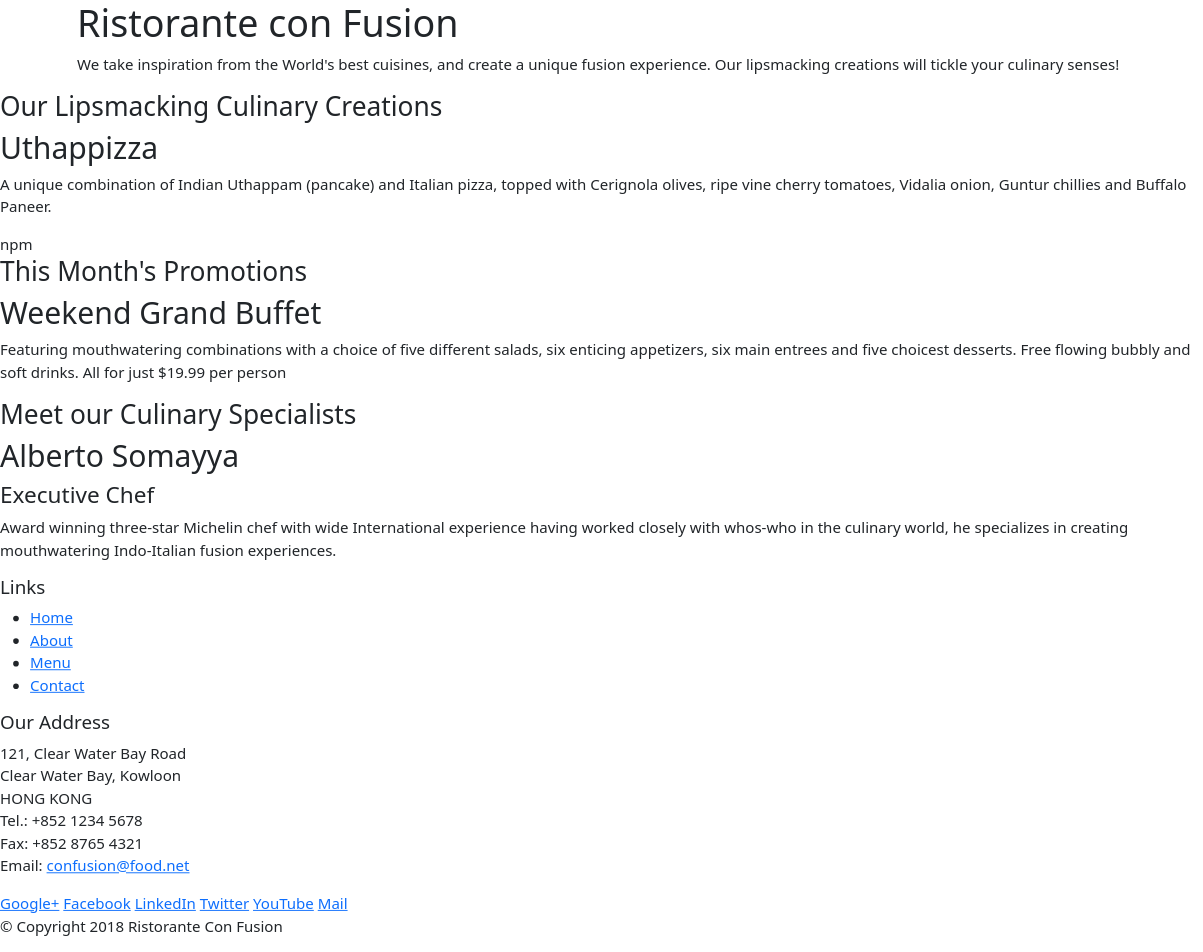
Repository: GiaBaooLe/Reactjs
Page: index.html
The author's editor kept a copy of each file at every save. The page is drawn from the files as they stood at one save, then again after the next save.
The browser window is 1280 px wide. The pictures show the whole page, at 94% of full size.
Some web libraries are served in a nearby version.

Above is the page before, as saved 2023-09-12 13:41:07.

### index.html
<!DOCTYPE html>
<html lang="en">
  <head>

    <!-- Required meta tags always come first -->
    <meta charset="utf-8" />
    <meta
      name="viewport"
      content="width=device-width, initial-scale=1, shrink-to-fit=no"
    />
    <meta http-equiv="x-ua-compatible" content="ie=edge" />
    <!-- Bootstrap CSS -->
    <link
      rel="stylesheet"
      href="node_modules/bootstrap/dist/css/bootstrap.min.css"
    />

    <title>Ristorante Con Fusio</title>
  </head>

  <body>
    <header>
        <div class="container">

      <div>
        <div>
          <div>
            <h1>Ristorante con Fusion</h1>
            <p>
              We take inspiration from the World's best cuisines, and create a
              unique fusion experience. Our lipsmacking creations will tickle
              your culinary senses!
            </p>
          </div>
          <div></div>
        </div>
      </div>
      </div>
    </header>

    <div>
      <div>
        <div>
          <h3>Our Lipsmacking Culinary Creations</h3>
        </div>
        <div>
          <h2>Uthappizza</h2>
          <p>
            A unique combination of Indian Uthappam (pancake) and Italian pizza,
            topped with Cerignola olives, ripe vine cherry tomatoes, Vidalia
            onion, Guntur chillies and Buffalo Paneer.
          </p>
        </div>
      </div>
      npm

      <div>
        <div>
          <h3>This Month's Promotions</h3>
        </div>
        <div>
          <h2>Weekend Grand Buffet</h2>
          <p>
            Featuring mouthwatering combinations with a choice of five different
            salads, six enticing appetizers, six main entrees and five choicest
            desserts. Free flowing bubbly and soft drinks. All for just $19.99
            per person
          </p>
        </div>
      </div>

      <div>
        <div>
          <h3>Meet our Culinary Specialists</h3>
        </div>
        <div>
          <h2>Alberto Somayya</h2>
          <h4>Executive Chef</h4>
          <p>
            Award winning three-star Michelin chef with wide International
            experience having worked closely with whos-who in the culinary
            world, he specializes in creating mouthwatering Indo-Italian fusion
            experiences.
          </p>
        </div>
      </div>
    </div>

    <footer>
      <div>
        <div>
          <div>
            <h5>Links</h5>
            <ul>
              <li><a href="#">Home</a></li>
              <li><a href="#">About</a></li>
              <li><a href="#">Menu</a></li>
              <li><a href="#">Contact</a></li>
            </ul>
          </div>
          <div>
            <h5>Our Address</h5>
            <address>
              121, Clear Water Bay Road<br />
              Clear Water Bay, Kowloon<br />
              HONG KONG<br />
              Tel.: +852 1234 5678<br />
              Fax: +852 8765 4321<br />
              Email: <a href="mailto:confusion@food.net">confusion@food.net</a>
            </address>
          </div>
          <div>
            <div>
              <a href="http://google.com/+">Google+</a>
              <a href="http://www.facebook.com/profile.php?id=">Facebook</a>
              <a href="http://www.linkedin.com/in/">LinkedIn</a>
              <a href="http://twitter.com/">Twitter</a>
              <a href="http://youtube.com/">YouTube</a>
              <a href="mailto:">Mail</a>
            </div>
          </div>
        </div>
        <div>
          <div>
            <p>© Copyright 2018 Ristorante Con Fusion</p>
          </div>
        </div>
      </div>
    </footer>
  </body>
  <script src="node_modules/jquery/dist/jquery.slim.min.js"></script>
  <script src="node_modules/popper.js/dist/umd/popper.min.js"></script>
  <script src="node_modules/bootstrap/dist/js/bootstrap.min.js"></script>
</html>

After the next save:
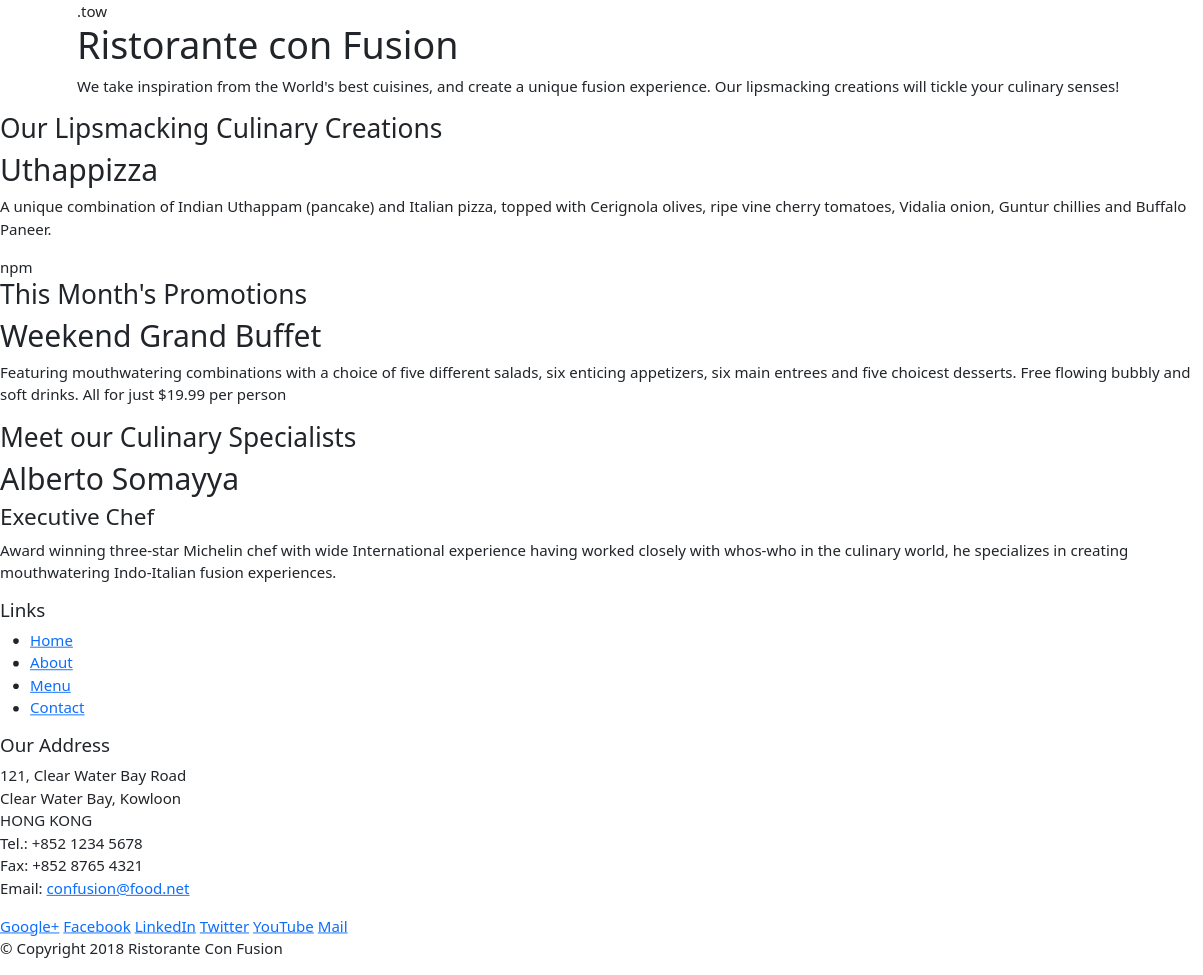
Saved 4 s later.
--- a/index.html
+++ b/index.html
@@ -21,7 +21,7 @@
   <body>
     <header>
         <div class="container">
-
+            .tow
       <div>
         <div>
           <div>

After the save that followed:
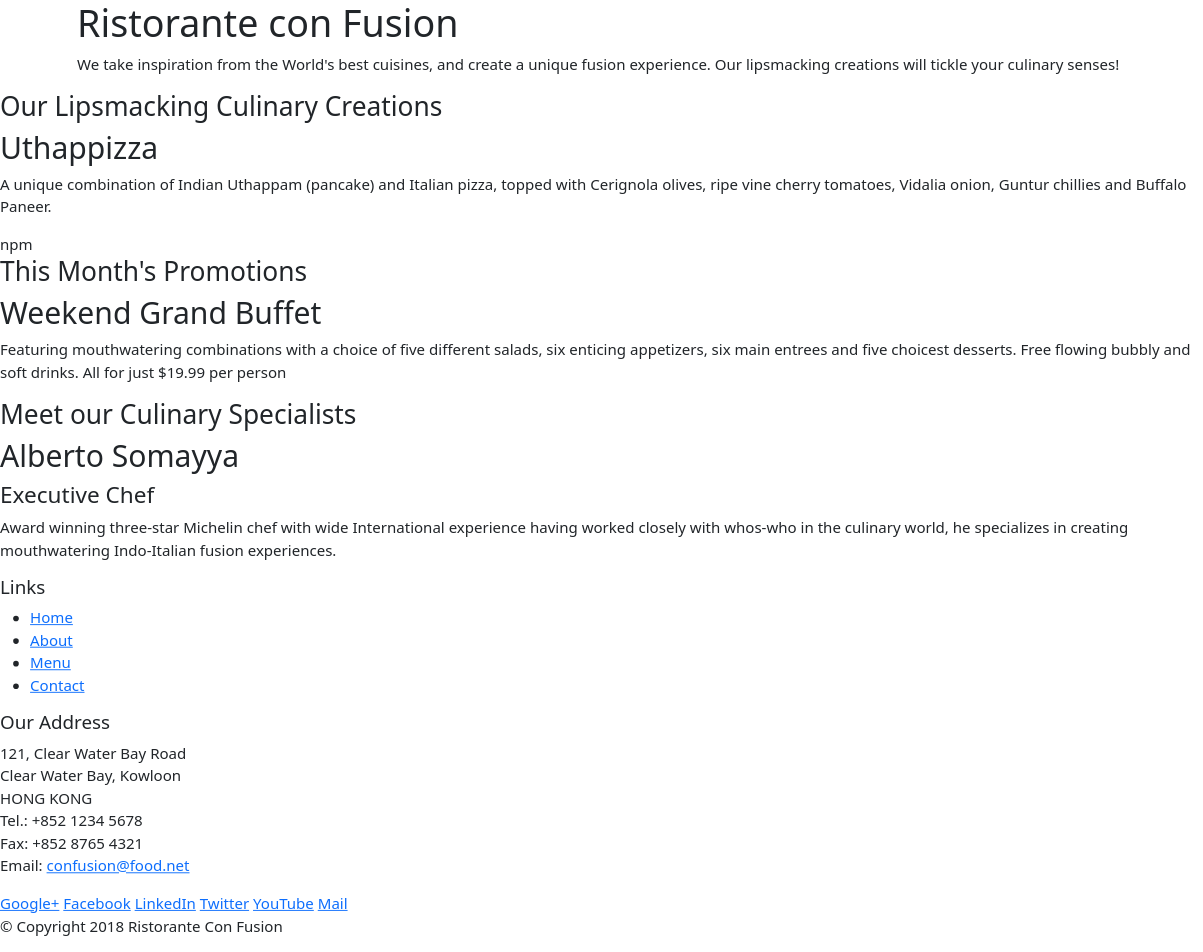
Saved 4 s later.
--- a/index.html
+++ b/index.html
@@ -21,7 +21,7 @@
   <body>
     <header>
         <div class="container">
-            .tow
+            <div class="row"></div>
       <div>
         <div>
           <div>
